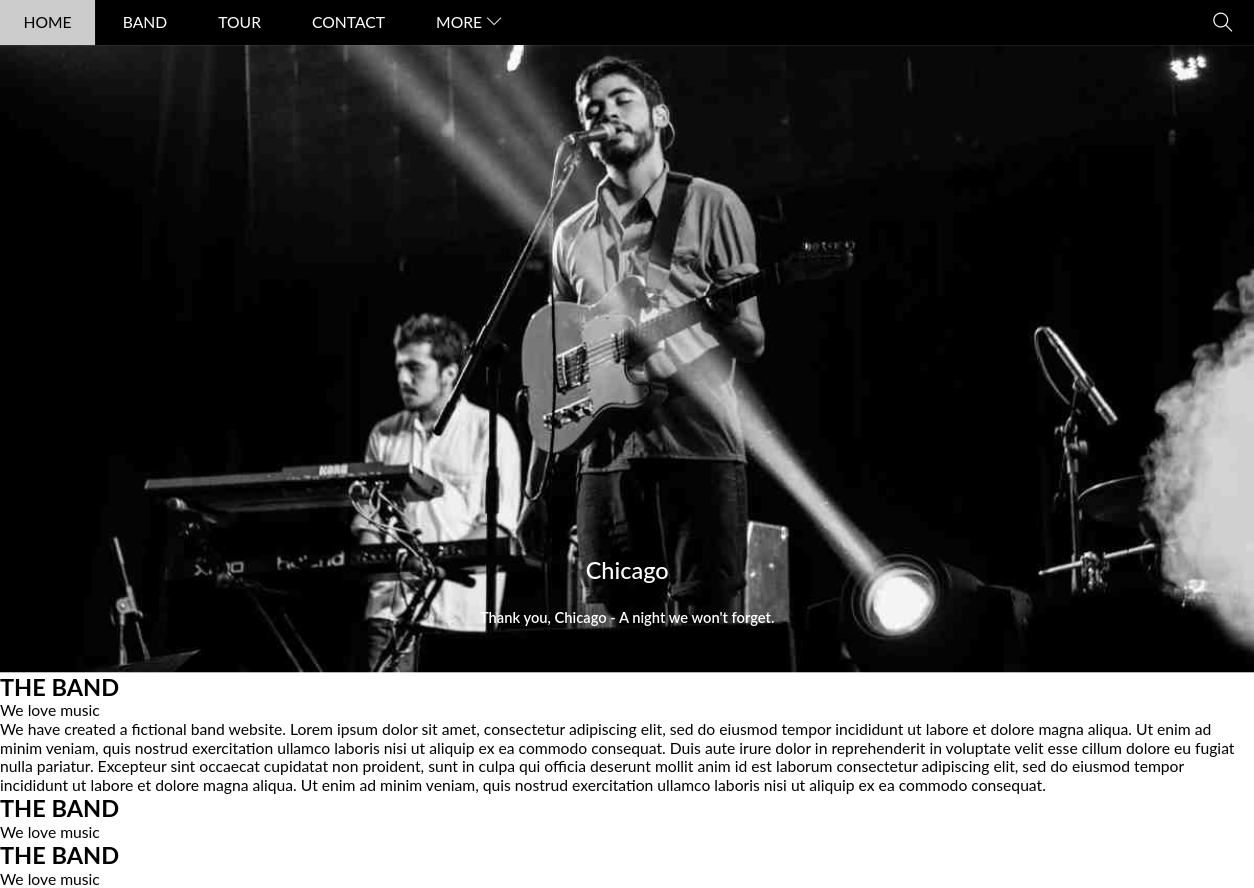
Repository: tatvanhco/web-dau-tay
Page: index.html
These files come from the project's save history. The page is drawn as it stood at one moment and after the next save; the edit follows.
The browser window is 1280 px wide. The pictures show the whole page, at 98% of full size.

Above is the page before, as saved 2022-01-23 18:13:38.

After the next save:
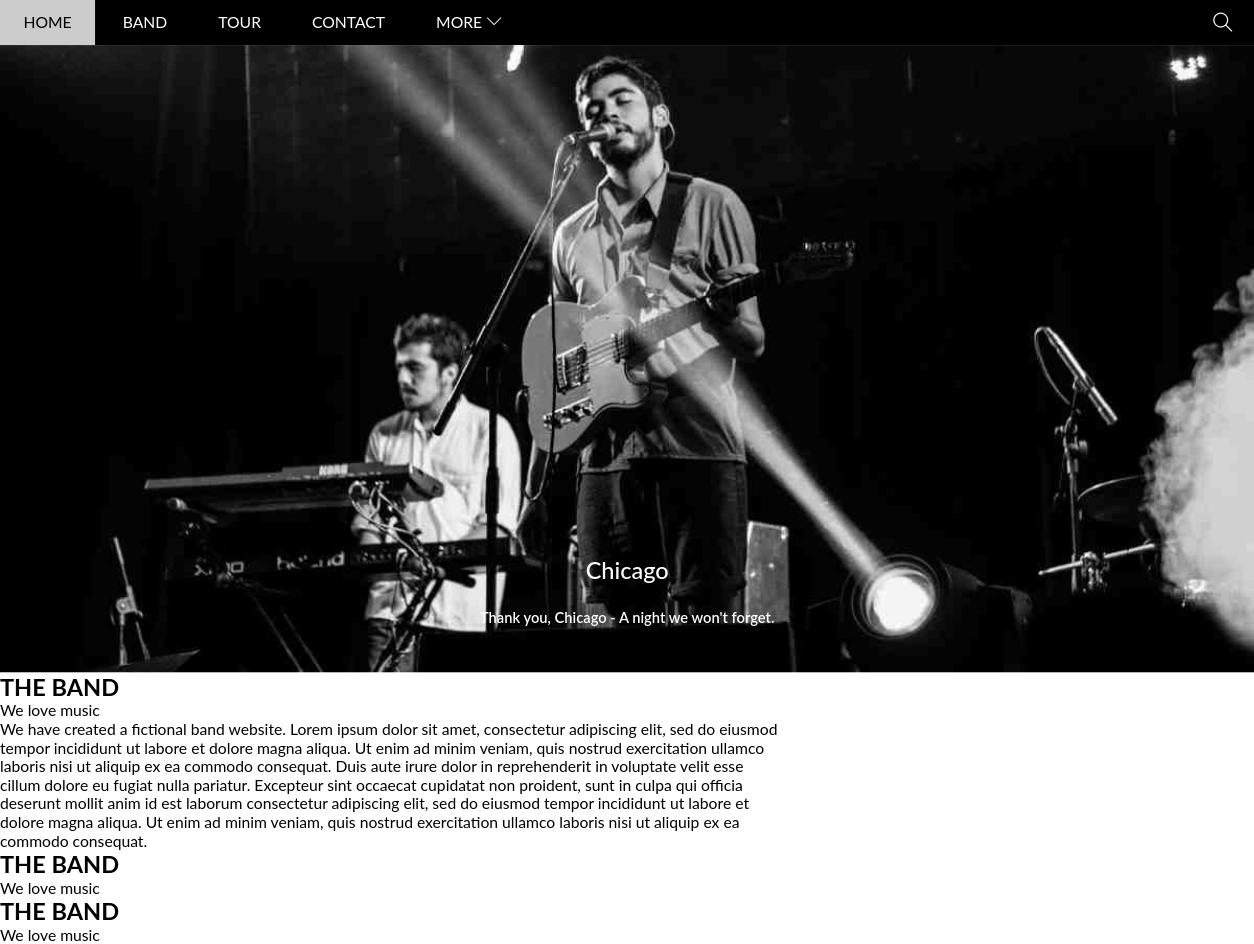
Saved 27 s later.
--- a/assets/css/style.css
+++ b/assets/css/style.css
@@ -120,5 +120,5 @@ body {
 }
 
 #content .content-section {
-
+    max-width: 800px;
 }
